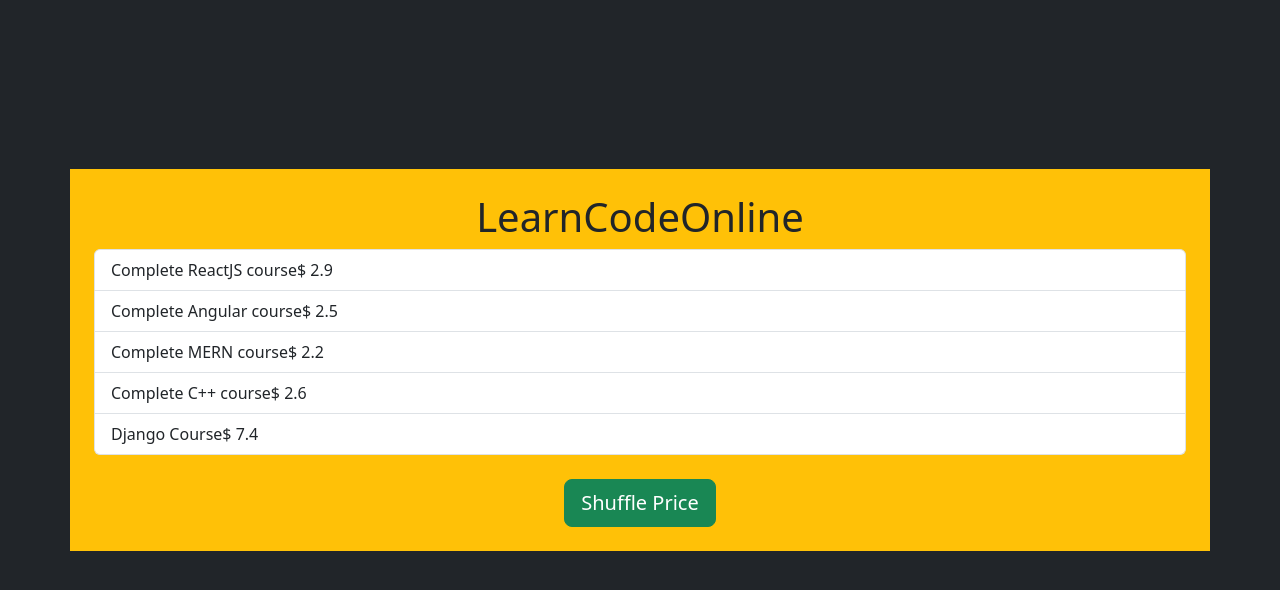
Repository: Bhoomika140420/Course_Sorting_list
Page: index.html
An editor plug-in stored every save of this project. The page is shown before and after the next save, followed by the edit.
The browser window is 1280 px wide. The pictures show the whole page.
After loading, the first visible `#btn` was clicked once.

Above is the page before, as saved 2023-08-29 19:21:22.

### index.html
<!DOCTYPE html>
<html lang="en">
  <head>
    <meta charset="UTF-8" />
    <meta name="viewport" content="width=device-width, initial-scale=1.0" />
    <title>LearnCodeOnline</title>
    <link rel="stylesheet" href="./style.css" />
     <!--css stylesheets-->
  <link href="https://cdn.jsdelivr.net/npm/bootstrap@5.3.0-alpha3/dist/css/bootstrap.min.css" rel="stylesheet" integrity="sha384-KK94CHFLLe+nY2dmCWGMq91rCGa5gtU4mk92HdvYe+M/SXH301p5ILy+dN9+nJOZ" crossorigin="anonymous">
  <link rel="stylesheet" href="./style.css">


    <!--js-->
  <script src="https://cdn.jsdelivr.net/npm/bootstrap@5.3.0-alpha3/dist/js/bootstrap.bundle.min.js" integrity="sha384-ENjdO4Dr2bkBIFxQpeoTz1HIcje39Wm4jDKdf19U8gI4ddQ3GYNS7NTKfAdVQSZe" crossorigin="anonymous"></script>
  <script src="https://cdn.jsdelivr.net/npm/@popperjs/core@2.11.7/dist/umd/popper.min.js" integrity="sha384-zYPOMqeu1DAVkHiLqWBUTcbYfZ8osu1Nd6Z89ify25QV9guujx43ITvfi12/QExE" crossorigin="anonymous"></script>
  <script src="https://cdn.jsdelivr.net/npm/bootstrap@5.3.0-alpha3/dist/js/bootstrap.min.js" integrity="sha384-Y4oOpwW3duJdCWv5ly8SCFYWqFDsfob/3GkgExXKV4idmbt98QcxXYs9UoXAB7BZ" crossorigin="anonymous"></script>

  </head>
  <body class="bg-dark">
    <div class="container bg-warning p-4">
      <h1 class="text-center">LearnCodeOnline</h1>
      <ul class="list-group">

        <!--<li class="list-group-item">
          Javascript course<span class="float-right">$2.1</span>
        </li>-->

      </ul>
      <button
        id="btn"
        type="button"
        class="btn btn-success btn-lg mt-4 mx-auto d-block sort-btn"
      >
        Sort courses
      </button>
    </div>

    <script src="./script.js"></script>
  </body>
</html>

### script.js
const courses = [
    {
      name: "Complete ReactJS course",
      price: "2.9",
    },
    {
      name: "Complete Angular course",
      price: "2.5",
    },
    {
      name: "Complete MERN course",
      price: "2.2",
    },
    {
      name: "Complete C++ course",
      price: "2.6",
    },
    {
      name: "Django Course",
      price: "7.4",
    },
  ];

  {
    /* <li class="list-group-item">
    Complete C++ course
    <span class="float-right">$ 2.8</span>;
  </li>; */
  }

  function generateLIST() {
    const ul = document.querySelector(".list-group");

    ul.innerHTML = "";
    courses.forEach((course) => {
      const li = document.createElement("li");
      li.classList.add("list-group-item");

      const name = document.createTextNode(course.name);
      li.appendChild(name);

      const span = document.createElement("span");
      span.classList.add("float-right");
      const price = document.createTextNode("$ " + course.price);
      span.appendChild(price);

      li.appendChild(span);
      ul.appendChild(li);
    }

    );

  }

  // generateLIST();

  window.addEventListener("load", generateLIST);

  const button = document.querySelector(".sort-btn");
  button.addEventListener( "click" , () => {
    if (button.innerHTML== "Sort courses")
    courses.sort((a, b) => a.price - b.price);
    generateLIST();
    button.innerHTML= "Shuffle Price";
  });

Loaded but not shown: style.css (common file)

After the next save:
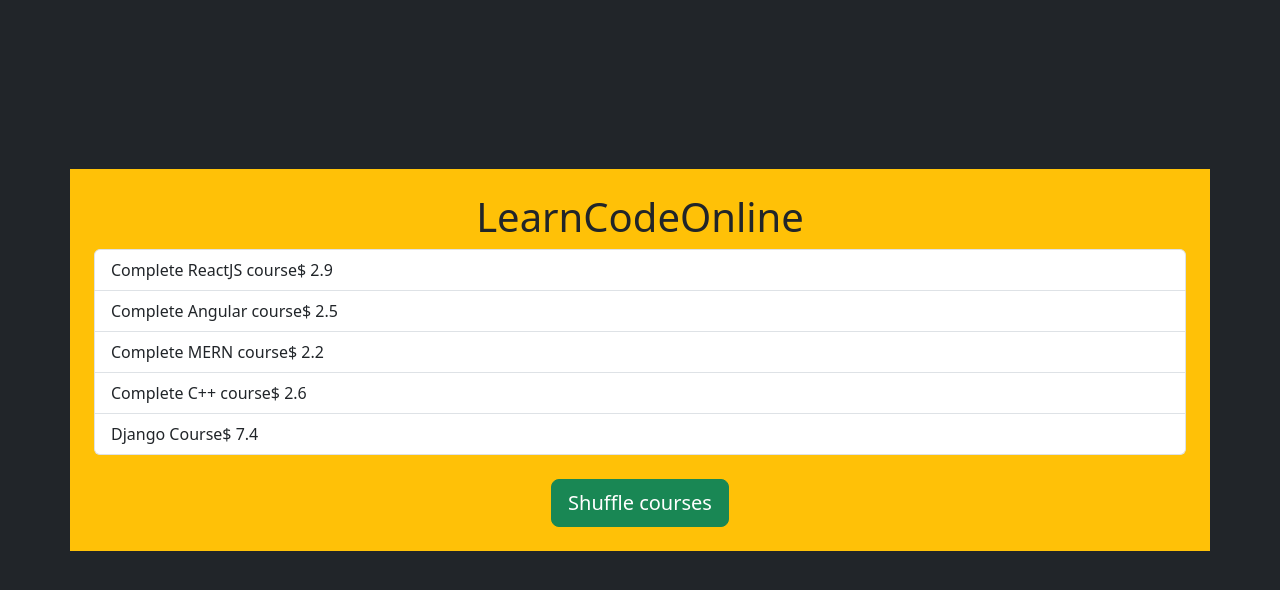
Saved 7 s later.
--- a/script.js
+++ b/script.js
@@ -61,5 +61,5 @@
     if (button.innerHTML== "Sort courses")
     courses.sort((a, b) => a.price - b.price);
     generateLIST();
-    button.innerHTML= "Shuffle Price";
+    button.innerHTML= "Shuffle courses";
   });
